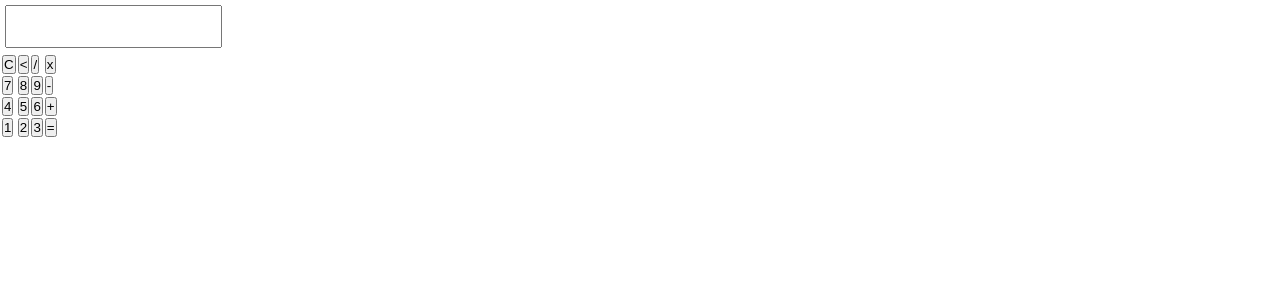
Repository: lacey-crenshaw/calculator
Page: index.html
An editor plug-in stored every save of this project. The page is shown before and after the next save, followed by the edit.
The browser window is 1280 px wide. The pictures show the whole page.

Above is the page before, as saved 2020-02-14 09:30:00.

### index.html
<html>
    <head>
        <script>
            function insert(num){
                document.form.textview.value = document.form.textview.value+num
            }

            function equal(){
                let exp = document.form.textview.value;
                if(exp){
                document.form.textview.value = eval(exp)
                }
            }
        </script>
        <style>
            *{
                margin:0;
                padding:0;
            }

            .button {
                width: 50;
                height: 50;
                font-size: 2.5;
                margin: 2;
                cursor: pointer;
            }

            .textview {
                width: 217;
                margin: 5;
                font-size: 25;
                padding: 5;
            }
        </style>
    </head>
    <body>
        <div class="main">
            <form name="form">
                <input class="textview" name="textview">
            </form>
            <table>
                <tr>
                    <td><input type="button" value="C" onclick="insert(1)"> </td>
                    <td><input type="button" value="<" onclick="insert(1)"> </td>
                    <td><input type="button" value="/" onclick="insert('/')"> </td>
                    <td><input type="button" value="x" onclick="insert('*')"> </td>
                </tr>
                <tr>
                    <td><input type="button" value="7" onclick="insert(7)"> </td>
                    <td><input type="button" value="8" onclick="insert(8)"> </td>
                    <td><input type="button" value="9" onclick="insert(9)"> </td>
                    <td><input type="button" value="-" onclick="insert('-')"> </td>
                </tr>
                <tr>
                    <td><input type="button" value="4" onclick="insert(4)"> </td>
                    <td><input type="button" value="5" onclick="insert(5)"> </td>
                    <td><input type="button" value="6" onclick="insert(6)"> </td>
                    <td><input type="button" value="+" onclick="insert('+')"> </td>
                </tr>
                <tr>
                    <td><input type="button" value="1" onclick="insert(1)"> </td>
                    <td><input type="button" value="2" onclick="insert(2)"> </td>
                    <td><input type="button" value="3" onclick="insert(3)"> </td>
                    <td><input type="button" value="=" onclick="equal()"> </td>
                </tr>
            </table>
        </div>
    </body>
</html>

After the next save:
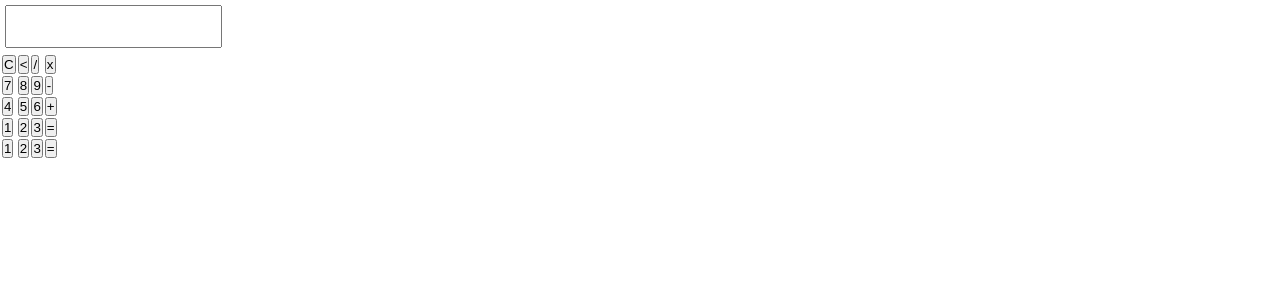
Saved 22 s later.
--- a/index.html
+++ b/index.html
@@ -64,6 +64,12 @@
                     <td><input type="button" value="3" onclick="insert(3)"> </td>
                     <td><input type="button" value="=" onclick="equal()"> </td>
                 </tr>
+                <tr>
+                    <td><input type="button" value="1" onclick="insert(1)"> </td>
+                    <td><input type="button" value="2" onclick="insert(2)"> </td>
+                    <td><input type="button" value="3" onclick="insert(3)"> </td>
+                    <td><input type="button" value="=" onclick="equal()"> </td>
+                </tr>
             </table>
         </div>
     </body>
